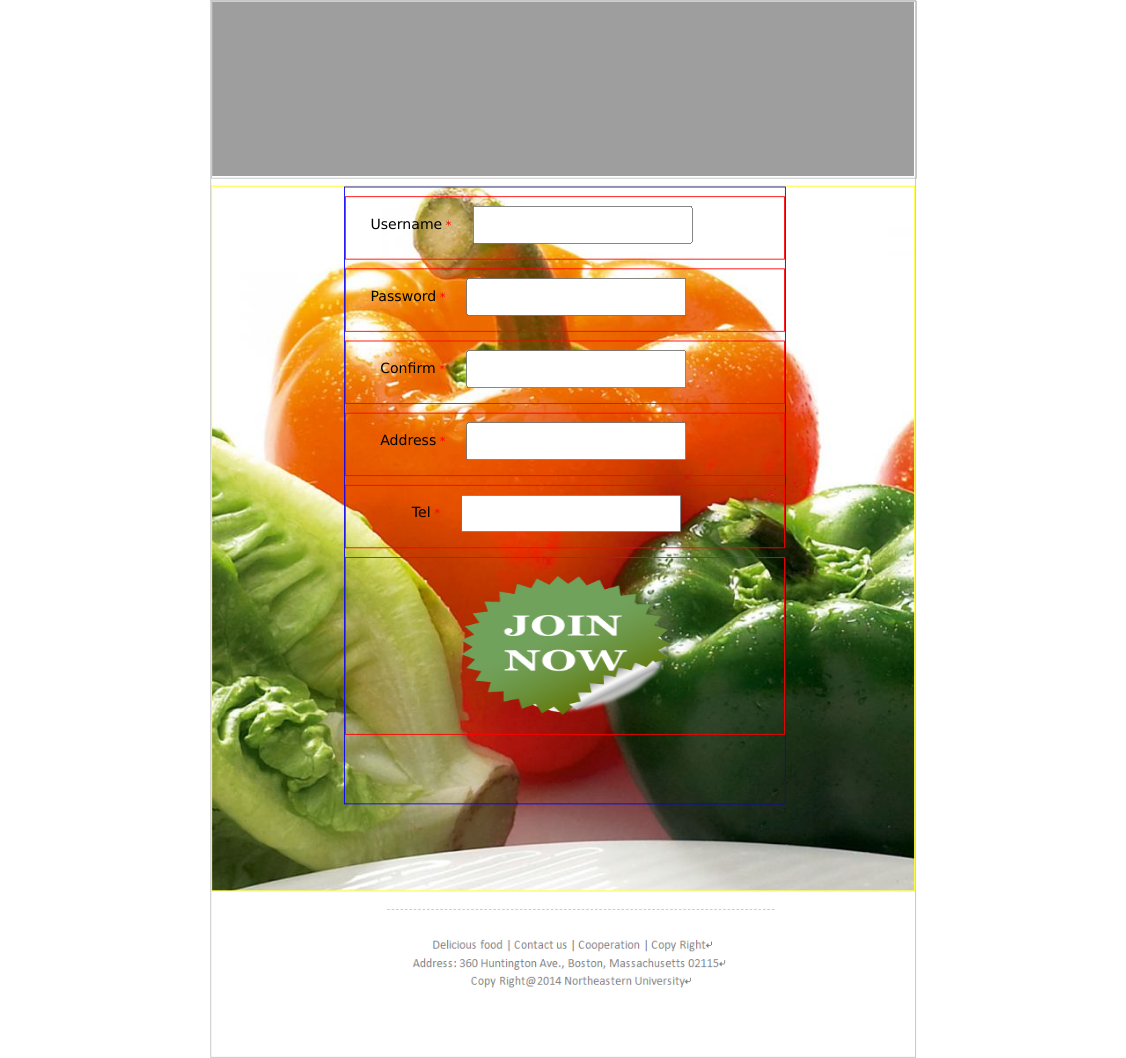
Repository: tanpf5/Gastronomist
Page: http://localhost/Gastronomist/signup.jsp
An editor plug-in stored every save of this project. The page is shown before and after a run of saves, followed by the edit.
The browser window is 1280 px wide. The pictures show the whole page, at 88% of full size.
The page is served by Tomcat 9. Other server files are loaded and not shown.

Above is the page before, as saved 2014-11-30 15:38:10.

### Gastronomist/WebRoot/signup.jsp
<%@ page language="java" import="java.util.*" pageEncoding="ISO-8859-1"%>
<%
String path = request.getContextPath();
String basePath = request.getScheme()+"://"+request.getServerName()+":"+request.getServerPort()+path+"/";
%>

<!DOCTYPE HTML PUBLIC "-//W3C//DTD HTML 4.01 Transitional//EN">
<html>
  <head>
    <base href="<%=basePath%>">

    <title>Meal</title>
    <script type="text/javascript">
  function submit()
  {document.myfrom.submit();}
  </script>
	<meta http-equiv="pragma" content="no-cache">
	<meta http-equiv="cache-control" content="no-cache">
	<meta http-equiv="expires" content="0">
	<meta http-equiv="keywords" content="keyword1,keyword2,keyword3">
	<meta http-equiv="description" content="This is my page">
	<link href="css/signup.css" type="text/css" rel="stylesheet">

  </head>
  <body>
<div class="top-blank"><img src="images/13.jpg"></img></div>
<div class="background-register">
<form action="signup.do" method=post>
<div class="register-blank">
<div class="Username"><div class="Username-helper">
 <font size="3" style="font-family:verdana">Username</font>
 <font size="2" style="font-family:verdana;color:red">*</font>
 <input type="text"maxlength=16; name="uid"style="width:250px;height:43px;margin-left:20px;">
 </div>
 </div>
<div class="PassWord"><div class="PassWord-helper">
<font size="3" style="font-family:verdana">Password</font>
<font size="2" style="font-family:verdana;color:red">*</font>
<input type="password" maxlength=16; name="password"style="width:250px;height:43px;margin-left:20px;">
</div></div>
<div class="Confirm"><div class="Confirm-helper">
<font size="3" style="font-family:verdana">Confirm</font>
<font size="2" style="font-family:verdana;color:red">*</font>
<input type="password" maxlength=16; name="confirm"style="width:250px;height:43px;margin-left:20px;">
</div></div>
<div class="Address"><div class="Address-helper">
<font size="3" style="font-family:verdana">Address</font>
<font size="2" style="font-family:verdana;color:red">*</font>
<input type="text"name="address"style="width:250px;height:43px;margin-left:20px;">
</div></div>
<div class="Tel"><div class="Tel-helper">
<font size="3" style="font-family:verdana">Tel</font>
<font size="2" style="font-family:verdana;color:red">*</font>
<input type="text"name="tel"style="width:250px;height:43px;margin-left:20px;">
</div></div>
<div class="register-button"><img src="images/14.png"onclick="submit()"></img></div>
</div>
</form>
</div>
<div class="interpertation"><img src="images/5.png" ></img></div>
</body>
</html>

### Gastronomist/WebRoot/css/signup.css

/*网页整体*/
body{
   width:800px;
   height:1200px;
   margin:0 auto;
   border:1px solid silver;
}
/*网页上部空白*/
.top-blank{
    width:800px;
    height:200px;
    margin:0 auto;
    float:left;
    border:1px solid silver;
}
.top-blank img{
  width:798px;
  height:198px;
}
.background-register{
  width:798px;
  height:800px;
  border:1px solid yellow;
  margin-top:210px;
  background-image:url(16.jpg);
}
.register-blank{
   width:500px;
   height:700px;
   border:1px solid blue;
   float:left;
   margin-left:150px;
   margin-top:0px;}
.Username{
   width:498px;
   height:70px;
   border:1px solid red;
   margin-top:10px;
}
.PassWord{
   width:498px;
   height:70px;
   border:1px solid red;
   margin-top:10px;
}
.PassWord-helper{
   width:400px;
   height:70px;
   margin-top:10px;
   margin-left:28px;
}
.Confirm{
   width:498px;
   height:70px;
   border:1px solid red;
   margin-top:10px;
}
.Confirm-helper{
   width:400px;
   height:70px;
   margin-top:10px;
   margin-left:39px;
}
.Address{
   width:498px;
   height:70px;
   border:1px solid red;
   margin-top:10px;
}
.Address-helper{
   width:400px;
   height:70px;
   margin-top:10px;
   margin-left:39px;
}
.Tel{
   width:498px;
   height:70px;
   border:1px solid red;
   margin-top:10px;
}
.register-button{
   width:498px;
   height:200px;
   border:1px solid red;
   margin-top:10px;
}
.register-button img{
   width:300px;
   height:200px;
   margin-left:100px;
}
.Tel-helper{
   width:400px;
   height:70px;
   margin-top:10px;
   margin-left:75px;
}
.Username-helper{
   width:400px;
   height:70px;
   margin-top:10px;
   margin-left:28px;
}

.login-button{
   width:320px;
   height:80px;
   border:1px solid blue;
   float:left;
   margin-left:20px;
}
.register{
   width:320px;
   height:80px;
   border:1px solid blue;
   float:left;
   margin-left:20px;
}
.login-blank2-helper{
   width:358px;
   height:110px;
  border:1px solid yellow;
   float:left;
}
.login-blank2-helper image{
   width:100px;
   height:200px;
}
.main-page-pic{
   width:600px
   height:500px;
   float:left;
 /*  border:1px solid silver; */
   margin-left:20px;
   }
.main-page-pic img{
   width:580px;
   height:499px;
   margin-left:20px;
}
.interpertation {
  width:440px;
  height:160px;
  border-top:1px dashed silver;
  float:left;
  margin-left:200px;
  margin-top:20px;
}
.interpertation image{
  width:200px;
  height:200px;
}
/*网页中部分*/
.div2{
    width:800px;
	height:600px;
	border-bottom:1px dashed silver;
	margin:0 auto;

}
/*飞跃重洋的div*/
.div3{
    width:350px;
	height:117px;
	/*border:1px solid red;*/
	margin-left:540px;
	margin-top:90px;
}
/*span里面的style*/
.style1{
    margin:0 auto;
    color:red;
    font-size:70px;
    /*background-color:yellow;*/
}
/*logo部分*/
.logo{
    width:250px;
	height:91px;
	float:left;

}
.logo img{
    width:220px;
	height:90px;
}
.logo2{
   width:200px;
   height:60px;
   float:left;
   margin-left:220px;
   margin-top:10px;
}
.logo2 img{
   width:200px;
   height:45px;
}
/*网站中部超链接*/
.div4{
   margin-top:30px;
   width:800px;
   height:85px;
   border-bottom:1px dashed silver;

}
.div5{
  padding-left:50px;
  width:200px;
  height:120px;
  float:left;
}
.div6{
  width:180px;
  height:70px;
  float:left;
  border-left:1px solid silver;
}
.div7{
  width:180px;
  height:70px;
  float:left;
  border-left:1px solid silver;
}
.div8{
  width:180px;
  height:70px;
  float:left;
  border-left:1px solid silver;
}
a:link{
        margin-left:30px;
	font-size:30px;
	text-decoration:none;
}
a:hover{
	font-size:35px;
}
/*这里开始最后一个打的div*/
.div9{
   width:800px;
   height:400px;
   margin-top:20px;
   text-align: left;

}
.div10{
  width:190px;
  height:400px;
  float:left;
  padding-left:20px;
}
.div11{
  width:188px;
  height:50px;
  border-bottom:1px solid silver;
}
.div12{
  width:100px;
  height:30px;
  padding-left:50px;
  padding-top:14px;
}
.div12 span{
      font-size:16px;

}
.div13{
 width:190px;
 height:55px;
 border-bottom:1px solid silver;
}
.div14{
 padding-top:10px;
 width:190px;
 height:340px;
}
.div15{
  padding-left:3px;
  width:180px;
  height:150px;
}
.div16{
  width:180px;
  height:150px;
  border:1px solid silver;
  padding-left:5px;
}
.div16 img{
  width:180px;
  height:150px;
}
.div15 span{
  font-size:5px;
}
.dibushuoming{
  width:1000px;
  height:200px;
  padding-left:250px;
  padding-top:15px;
}
.div18{
 width:60px;
 height:400px;
 float:left;
}

After the next 2 saves:
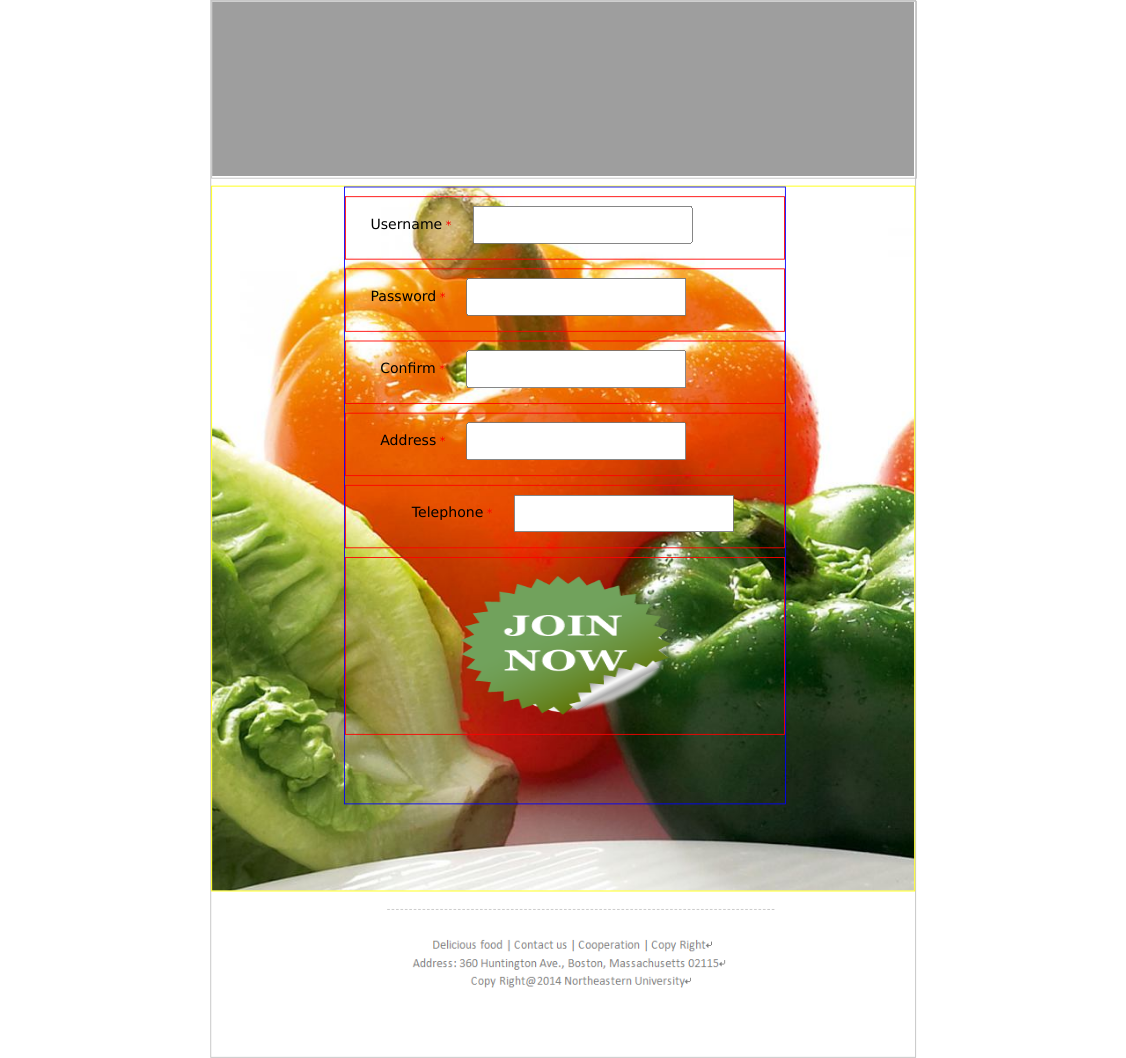
The 2 saves are shown as one change because they came seconds apart.
The last was saved 21 s later.
--- a/Gastronomist/WebRoot/signup.jsp
+++ b/Gastronomist/WebRoot/signup.jsp
@@ -49,7 +49,7 @@
 <input type="text"name="address"style="width:250px;height:43px;margin-left:20px;">
 </div></div>
 <div class="Tel"><div class="Tel-helper">
-<font size="3" style="font-family:verdana">Tel</font>
+<font size="3" style="font-family:verdana">Telephone</font>
 <font size="2" style="font-family:verdana;color:red">*</font>
 <input type="text"name="tel"style="width:250px;height:43px;margin-left:20px;">
 </div></div>
